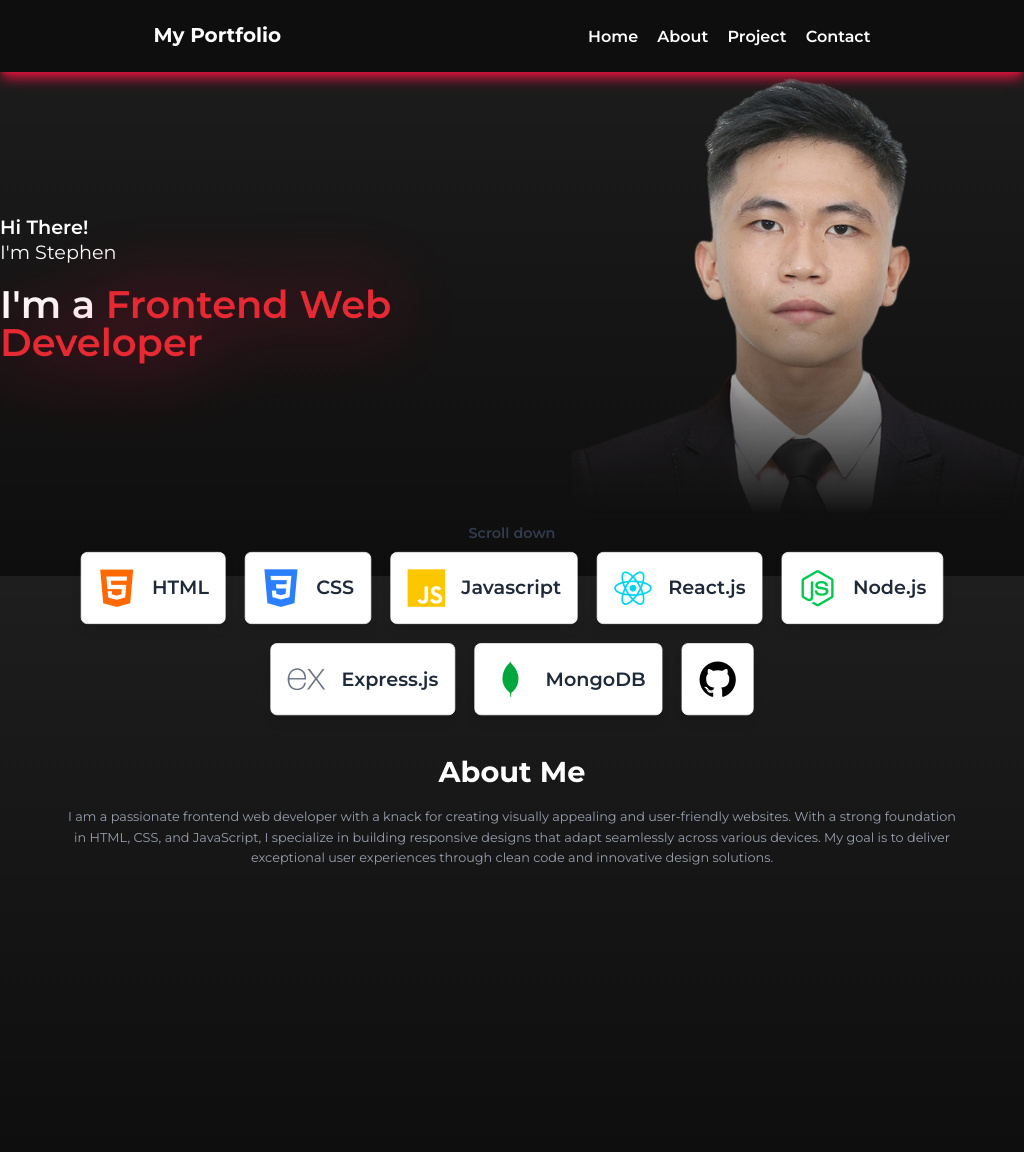
Repository: KaguyaKawaii/portfolio
Page: / (app in frontend/)
The author's editor kept a copy of each file at every save. The page is drawn from the files as they stood at one save, then again after the next save.
The browser window is 1280 px wide. The pictures show the whole page, at 80% of full size.
Some web libraries are served in a nearby version. The project was rebuilt for these pictures with package versions that can differ from the ones it lists, and the page was loaded fresh each time. Also part of the build but not shown: frontend/vite.config.js.

Above is the page before, as saved 2025-10-28 22:29:21.

After the next save:
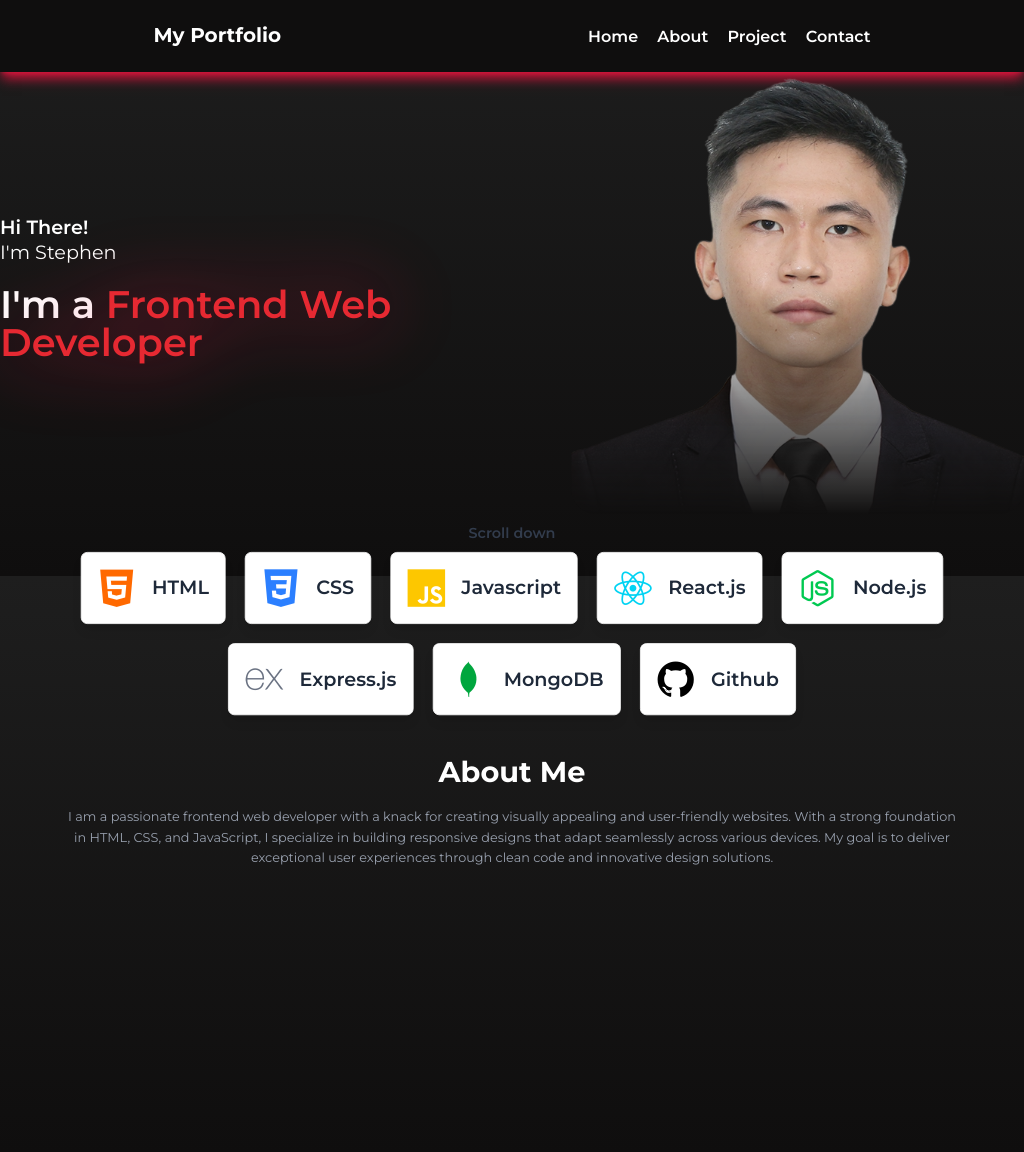
Saved 9 s later.
--- a/frontend/src/App.jsx
+++ b/frontend/src/App.jsx
@@ -103,6 +103,7 @@
                   {/* GitHub */}
                   <div className="flex items-center hover:scale-110 transition-transform border rounded-lg p-5 gap-5 bg-white shadow-lg hover:shadow-red-500 duration-500">
                     <i className="devicon-github-original text-black text-5xl"></i>
+                    <p className='text-2xl text-gray-800 font-semibold'>Github</p>
 
                   </div>
                 </div>
